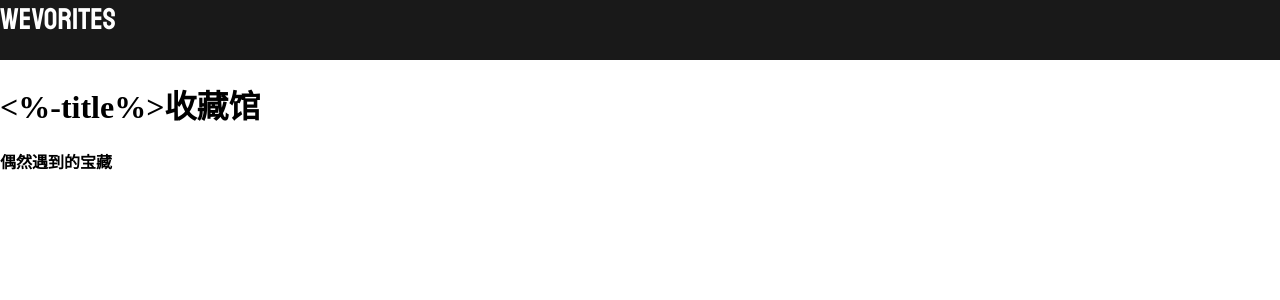
Repository: superhos/wevorites
Page: app/view/show.html
These files come from the project's save history. The page is drawn as it stood at one moment and after the next save; the edit follows.
The browser window is 1280 px wide. The pictures show the whole page.

Above is the page before, as saved 2019-01-03 16:10:33.

After the next save:
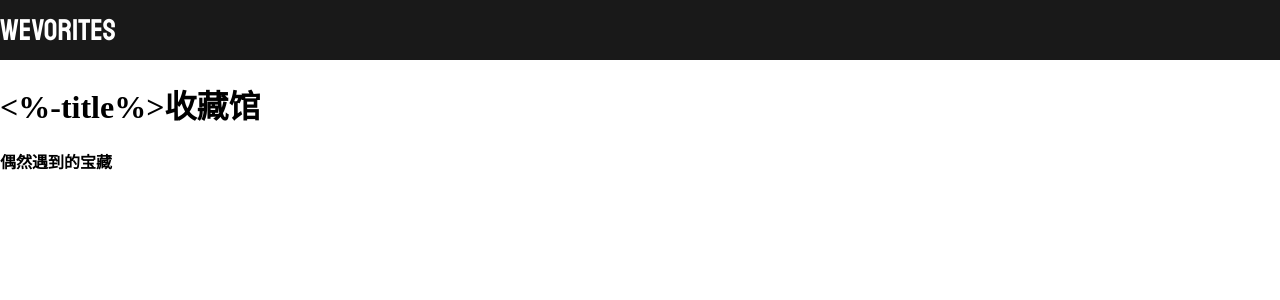
Saved 17 s later.
--- a/app/public/css/style.css
+++ b/app/public/css/style.css
@@ -13,7 +13,7 @@
 header .logo {
   float:left;
   color: #FFF;
-  text-align: 60px;
   font-size: 30px;
+  line-height: 60px;
   font-family: 'Staatliches', cursive;
 }
